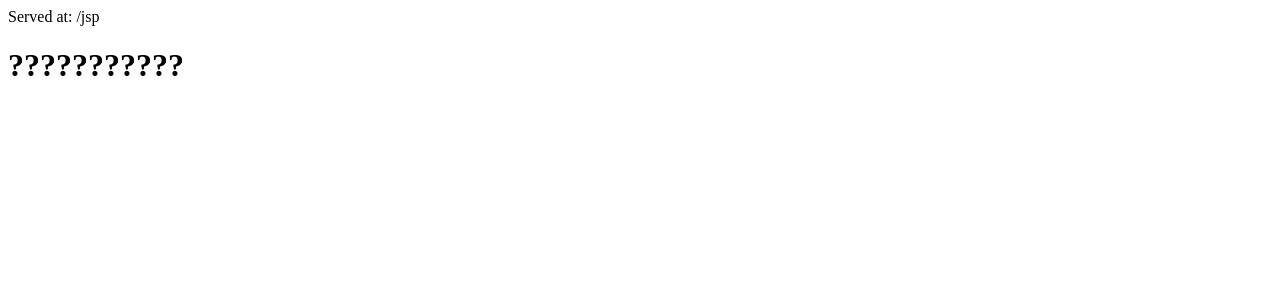
Repository: kodaihero/SpringFrameworkTutorial
Page: http://localhost/jsp/sample/Sample
These files come from the project's save history. The page is drawn as it stood at one moment and after the next save; the edit follows.
The browser window is 1280 px wide. The pictures show the whole page.
The page is served by Tomcat 9.

Above is the page before, as saved 2022-05-13 06:07:54.

### jsp/src/main/java/sample/Sample.java
package sample;

import java.io.IOException;
import java.io.PrintWriter;

import javax.servlet.ServletException;
import javax.servlet.annotation.WebServlet;
import javax.servlet.http.HttpServlet;
import javax.servlet.http.HttpServletRequest;
import javax.servlet.http.HttpServletResponse;

/**
 * Servlet implementation class Sample
 */
@WebServlet("/sample/Sample")
public class Sample extends HttpServlet {
	private static final long serialVersionUID = 1L;

    /**
     * @see HttpServlet#HttpServlet()
     */
    public Sample() {
        super();
        // TODO Auto-generated constructor stub
    }

	/**
	 * @see HttpServlet#doGet(HttpServletRequest request, HttpServletResponse response)
	 */
	protected void doGet(HttpServletRequest request, HttpServletResponse response) throws ServletException, IOException {
		// TODO Auto-generated method stub
		response.getWriter().append("Served at: ").append(request.getContextPath());
		request.setCharacterEncoding("utf-8");
		response.setContentType("text/html; charset=utf-8");
		PrintWriter out = response.getWriter();

		out.println("<html>");
		out.println("<head>");
		out.println("<title>サーブレットのサンプルaaabbb</title>");
		out.println("</head>");
		out.println("<body>");
		out.println("<h1>サーブレットのサンプル</h1>");
		out.println("</body>");
		out.println("</html>");
	}

	/**
	 * @see HttpServlet#doPost(HttpServletRequest request, HttpServletResponse response)
	 */
	protected void doPost(HttpServletRequest request, HttpServletResponse response) throws ServletException, IOException {
		// TODO Auto-generated method stub
		doGet(request, response);
	}

}

After the next save:
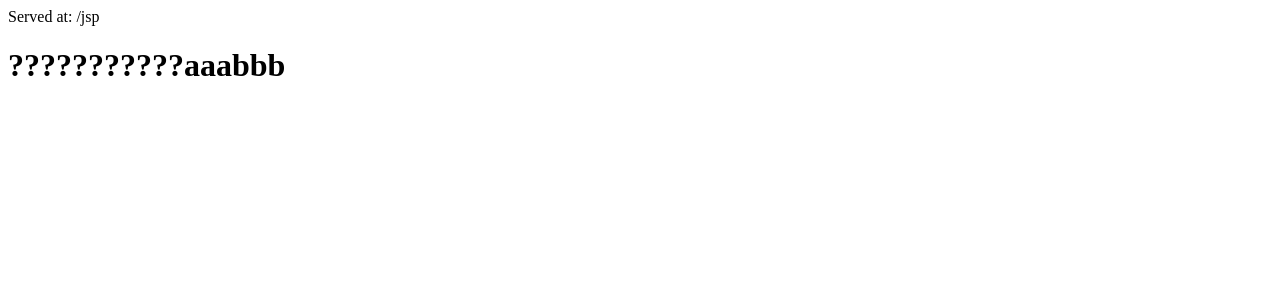
Saved 2 min 13 s later.
--- a/jsp/src/main/java/sample/Sample.java
+++ b/jsp/src/main/java/sample/Sample.java
@@ -39,7 +39,7 @@ public class Sample extends HttpServlet {
 		out.println("<title>サーブレットのサンプルaaabbb</title>");
 		out.println("</head>");
 		out.println("<body>");
-		out.println("<h1>サーブレットのサンプル</h1>");
+		out.println("<h1>サーブレットのサンプルaaabbb</h1>");
 		out.println("</body>");
 		out.println("</html>");
 	}
